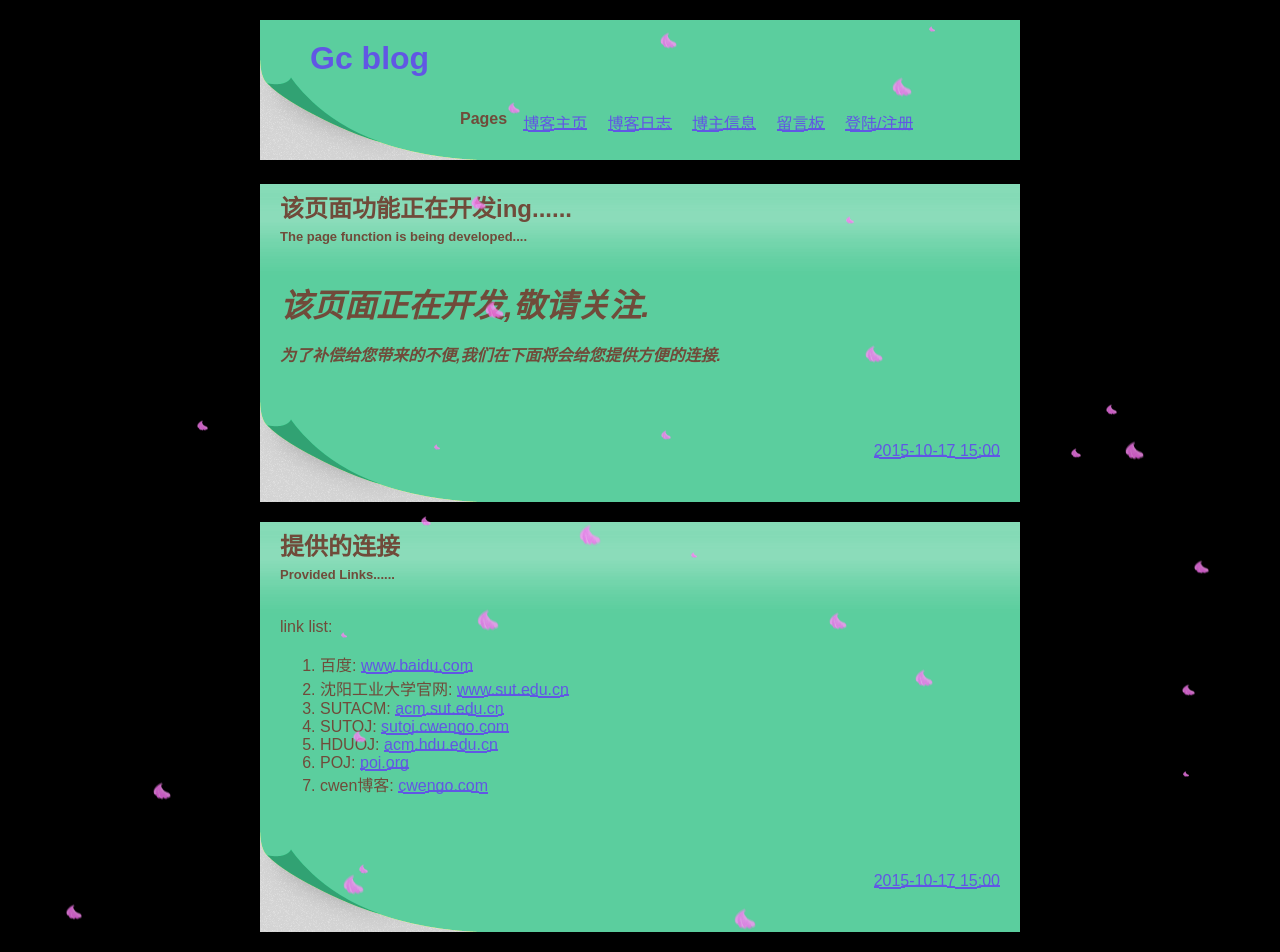
Repository: SUT-GC/myblog_linux
Page: http://localhost/myblog/jsp/prompt/prompt.jsp
An editor plug-in stored every save of this project. The page is shown before and after the next save, followed by the edit.
The browser window is 1280 px wide. The pictures show the whole page.
The page is served by Tomcat 9. Other server files are loaded and not shown.

Above is the page before, as saved 2015-10-17 07:15:21.

### myblog/myblog/WebContent/jsp/prompt/prompt.jsp
<%@ page language="java" contentType="text/html; charset=UTF-8"
    pageEncoding="UTF-8"%>
<!DOCTYPE html PUBLIC "-//W3C//DTD HTML 4.01 Transitional//EN" "http://www.w3.org/TR/html4/loose.dtd">
<html>
<head>
<meta http-equiv="content-type" content="text/html; charset=utf-8" />
<title>提示页面</title>
<meta name="keywords" content="" />
<meta name="description" content="" />
<link href="default.css" rel="stylesheet" type="text/css" />
<style type="text/css">
body {
	background-color: #000;
}
</style>
</head>
<body>
<div id="header">
	<h1 style="margin-left: 30px;"><a >Gc blog </a></h1>
</div>
<div id="pages">
	<h2>Pages</h2>
	<ul>
		<li><a id="page1" href="../nav/index.jsp">博客主页</a></li>
		<li><a id="page2" href="../Journal/Journal.jsp">博客日志</a></li>
		<li><a id="page3" href="../information/information.jsp">博主信息</a></li>
		<li><a id="page4" href="../editor/messagebox.jsp">留言板</a></li>
		<li><a id="page5" href="../login/login.jsp">登陆/注册</a></li>
	</ul>
</div>
<div id="content">
	<div id="posts">
		<div class="post">
			<h2 class="title">该页面功能正在开发ing......</h2>
			<h3 class="posted">The page function is being developed....</h3>
			<div class="story">
				<p><h1><em><strong>该页面正在开发,敬请关注.</strong></em></h1> </p>
				<p><h4><em>为了补偿给您带来的不便,我们在下面将会给您提供方便的连接.</em></h4> </p>
			</div>
			<div class="meta">
				<p><a>2015-10-17 15:00</a></p>
			</div>
		</div>
		<div class="post">
			<h2 class="title">提供的连接</h2>
			<h3 class="posted">Provided Links......</h3>
			<div class="story">
				<p>link list:</p>
				<ol>
					<li>百度: <a href="https://www.baidu.com">www.baidu.com</a></li>
					<li>沈阳工业大学官网: <a href="http://www.sut.edu.cn/">www.sut.edu.cn</a></li>
					<li>SUTACM: <a href="https://acm.sut.edu.cn">acm.sut.edu.cn</a></li>
					<li>SUTOJ: <a href="http://sutoj.cwengo.com/">sutoj.cwengo.com</a></li>
					<li>HDUOJ: <a href="http://acm.hdu.edu.cn/">acm.hdu.edu.cn </a></li>
					<li>POJ: <a href="http://poj.org/">poj.org</a></li>
					<li>cwen博客: <a href="http://www.cwengo.com/">cwengo.com</a></li>
				</ol>
			</div>
			<div class="meta">
				<p><a>2015-10-17 15:00</a></p>
			</div>
		</div>
	</div>
	</div>
<script type="text/javascript" class="autoinsert" src="js/jquery-1.2.6.min.js"></script>
<script src="js/snowfall.jquery.js"></script>
<script>
        $(document).snowfall('clear');
        $(document).snowfall({
            image: "images/huaban.png",
            flakeCount:30,
            minSize: 5,
            maxSize: 22
        });
    </script>
</body>
</html>

### myblog/myblog/WebContent/jsp/prompt/default.css

/*
Design by Free CSS Templates
http://www.freecsstemplates.org
Released for free under a Creative Commons Attribution 2.5 License
*/

body {
	margin: 20px;
	padding: 0;
	/*background-image:url(images/img1.gif);*/
	background-color:black;
	font-family: "Comic Sans MS", Arial, Helvetica, sans-serif;
	color: #704B3A;

}

h1, h2, h3, h4, h5, h6, form {
	margin: 0;
	padding: 0;
}

a {
	background: url(images/img10.gif) repeat-x left bottom;
	text-decoration: none;
	color: #6157E4;
}

a:hover {
	background-image: none;
}

.content ul {
	margin-top: 0;
}

/* Teal Notes */

.tealnotes {
}

/* Yellow Notes */

.yellownotes {
	margin-bottom: 20px;
	background: #FFF846 url(images/img2.gif) no-repeat left bottom;
}

.yellownotes .heading {
	height: 50px;
	padding: 10px;
	background: url(images/img3.gif) repeat-x left center;
}

.yellownotes .content {
	padding: 0 20px 60px 20px;
}

/* Orange Notes */

.orangenotes {
	margin-bottom: 20px;
	background: #FF8C46 url(images/img6.gif) no-repeat left bottom;
}

.orangenotes .heading {
	height: 50px;
	padding: 10px;
	background: url(images/img7.gif) repeat-x left center;
}

.orangenotes .content {
	padding: 0 20px 60px 20px;
}

/* Green Notes */

.greennotes {
	margin-bottom: 20px;
	background: #AEE63F url(images/img4.gif) no-repeat left bottom;
}

.greennotes .heading {
	height: 50px;
	padding: 10px;
	background: url(images/img5.gif) repeat-x left center;
}

.greennotes .content {
	padding: 0 20px 60px 20px;
}

/* Header */

#header {
	width: 720px;
	height: 100px;
	margin: 0 auto;
	padding: 20px;
	background: #5BCE9E url(images/img8.gif) no-repeat left bottom;
}

#header h1, #header h2 {
	float: left;
	margin: 0;
	padding: 0;
}

#header a {
	background: none;
}

/* Pages */

#pages {
	width: 560px;
	margin: -50px auto 50px auto;
	padding-left: 200px;
}

#pages h2 {
	float: left;
	margin: 0;
	padding: 0;
	font-size: 1em;
}

#pages ul {
	margin: 0;
	padding: 0;
	list-style: none;
}

#pages li {
	display: inline;
	padding-left: 1em;
}

#pages a {
}

/* Content */

#content {
	width: 760px;
	margin: 0 auto;
}

/* Posts */

#posts {
	float: left;
	width: 100%;
}

.post {
	margin-bottom: 20px;
	background: #5BCE9E url(images/img9.gif) repeat-x left top;
}

.title {
	padding: 5px 20px;
}

.posted {
	padding: 0 0 0 20px;
	font-size: small;
}

.story {
	padding: 20px;
}

.meta {
	height: 60px;
	padding: 40px 0 0 0;
	background: url(images/img8.gif) no-repeat left bottom;
}

.meta p {
	margin: 0;
	padding: 0 20px 0 0;
	text-align: right;
}

/* Search */

#search {
	float: right;
	width: 250px;
}

#search .content {
	padding-bottom: 100px;
}

/* Archives */

#archives {
	clear: right;
	float: right;
	width: 250px;
}

/* Categories */

#categories {
	clear: right;
	float: right;
	width: 250px;
}

/* Blogroll */

#blogroll {
	clear: right;
	float: right;
	width: 250px;
}

/* Footer */

#footer {
	clear: both;
	text-align: center;
}

### myblog/myblog/WebContent/jsp/prompt/js/snowfall.jquery.js
(function(){var lastTime=0;var vendors=['webkit','moz'];for(var x=0;x<vendors.length&&!window.requestAnimationFrame;++x){window.requestAnimationFrame=window[vendors[x]+'RequestAnimationFrame'];window.cancelAnimationFrame=window[vendors[x]+'CancelAnimationFrame']||window[vendors[x]+'CancelRequestAnimationFrame'];}
if(!window.requestAnimationFrame)
window.requestAnimationFrame=function(callback,element){var currTime=new Date().getTime();var timeToCall=Math.max(0,16-(currTime-lastTime));var id=window.setTimeout(function(){callback(currTime+timeToCall);},timeToCall);lastTime=currTime+timeToCall;return id;};if(!window.cancelAnimationFrame)
window.cancelAnimationFrame=function(id){clearTimeout(id);};}());(function($){$.snowfall=function(element,options){var defaults={flakeCount:35,flakeColor:'#ffffff',flakePosition:'absolute',flakeIndex:999999,minSize:1,maxSize:2,minSpeed:1,maxSpeed:5,round:false,shadow:false,collection:false,collectionHeight:40,deviceorientation:false},options=$.extend(defaults,options),random=function random(min,max){return Math.round(min+Math.random()*(max-min));};$(element).data("snowfall",this);function Flake(_x,_y,_size,_speed,_id){this.id=_id;this.x=_x;this.y=_y;this.size=_size;this.speed=_speed;this.step=0;this.stepSize=random(1,10)/100;if(options.collection){this.target=canvasCollection[random(0,canvasCollection.length-1)];}
var flakeMarkup=null;if(options.image){flakeMarkup=$(document.createElement("img"));flakeMarkup[0].src=options.image;}else{flakeMarkup=$(document.createElement("div"));flakeMarkup.css({'background':options.flakeColor});}
flakeMarkup.attr({'class':'snowfall-flakes','id':'flake-'+this.id}).css({'width':this.size,'height':this.size,'position':options.flakePosition,'top':this.y,'left':this.x,'fontSize':0,'zIndex':options.flakeIndex});if($(element).get(0).tagName===$(document).get(0).tagName){$('body').append(flakeMarkup);element=$('body');}else{$(element).append(flakeMarkup);}
this.element=document.getElementById('flake-'+this.id);this.update=function(){this.y+=this.speed;if(this.y>(elHeight)-(this.size+6)){this.reset();}
this.element.style.top=this.y+'px';this.element.style.left=this.x+'px';this.step+=this.stepSize;if(doRatio===false){this.x+=Math.cos(this.step);}else{this.x+=(doRatio+Math.cos(this.step));}
if(options.collection){if(this.x>this.target.x&&this.x<this.target.width+this.target.x&&this.y>this.target.y&&this.y<this.target.height+this.target.y){var ctx=this.target.element.getContext("2d"),curX=this.x-this.target.x,curY=this.y-this.target.y,colData=this.target.colData;if(colData[parseInt(curX)][parseInt(curY+this.speed+this.size)]!==undefined||curY+this.speed+this.size>this.target.height){if(curY+this.speed+this.size>this.target.height){while(curY+this.speed+this.size>this.target.height&&this.speed>0){this.speed*=.5;}
ctx.fillStyle="#fff";if(colData[parseInt(curX)][parseInt(curY+this.speed+this.size)]==undefined){colData[parseInt(curX)][parseInt(curY+this.speed+this.size)]=1;ctx.fillRect(curX,(curY)+this.speed+this.size,this.size,this.size);}else{colData[parseInt(curX)][parseInt(curY+this.speed)]=1;ctx.fillRect(curX,curY+this.speed,this.size,this.size);}
this.reset();}else{this.speed=1;this.stepSize=0;if(parseInt(curX)+1<this.target.width&&colData[parseInt(curX)+1][parseInt(curY)+1]==undefined){this.x++;}else if(parseInt(curX)-1>0&&colData[parseInt(curX)-1][parseInt(curY)+1]==undefined){this.x--;}else{ctx.fillStyle="#fff";ctx.fillRect(curX,curY,this.size,this.size);colData[parseInt(curX)][parseInt(curY)]=1;this.reset();}}}}}
if(this.x>(elWidth)-widthOffset||this.x<widthOffset){this.reset();}}
this.reset=function(){this.y=0;this.x=random(widthOffset,elWidth-widthOffset);this.stepSize=random(1,10)/100;this.size=random((options.minSize*100),(options.maxSize*100))/100;this.speed=random(options.minSpeed,options.maxSpeed);}}//素材家园 - www.sucaijiayuan.com
var flakes=[],flakeId=0,i=0,elHeight=$(element).height(),elWidth=$(element).width(),widthOffset=0,snowTimeout=0;if(options.collection!==false){var testElem=document.createElement('canvas');if(!!(testElem.getContext&&testElem.getContext('2d'))){var canvasCollection=[],elements=$(options.collection),collectionHeight=options.collectionHeight;for(var i=0;i<elements.length;i++){var bounds=elements[i].getBoundingClientRect(),canvas=document.createElement('canvas'),collisionData=[];if(bounds.top-collectionHeight>0){document.body.appendChild(canvas);canvas.style.position=options.flakePosition;canvas.height=collectionHeight;canvas.width=bounds.width;canvas.style.left=bounds.left+'px';canvas.style.top=bounds.top-collectionHeight+'px';for(var w=0;w<bounds.width;w++){collisionData[w]=[];}
canvasCollection.push({element:canvas,x:bounds.left,y:bounds.top-collectionHeight,width:bounds.width,height:collectionHeight,colData:collisionData});}}}else{options.collection=false;}}
if($(element).get(0).tagName===$(document).get(0).tagName){widthOffset=25;}
$(window).bind("resize",function(){elHeight=$(element)[0].clientHeight;elWidth=$(element)[0].offsetWidth;});for(i=0;i<options.flakeCount;i+=1){flakeId=flakes.length;flakes.push(new Flake(random(widthOffset,elWidth-widthOffset),random(0,elHeight),random((options.minSize*100),(options.maxSize*100))/100,random(options.minSpeed,options.maxSpeed),flakeId));}
if(options.round){$('.snowfall-flakes').css({'-moz-border-radius':options.maxSize,'-webkit-border-radius':options.maxSize,'border-radius':options.maxSize});}
if(options.shadow){$('.snowfall-flakes').css({'-moz-box-shadow':'1px 1px 1px #555','-webkit-box-shadow':'1px 1px 1px #555','box-shadow':'1px 1px 1px #555'});}
var doRatio=false;if(options.deviceorientation){$(window).bind('deviceorientation',function(event){doRatio=event.originalEvent.gamma*0.1;});}
function snow(){for(i=0;i<flakes.length;i+=1){flakes[i].update();}
snowTimeout=requestAnimationFrame(function(){snow()});}
snow();this.clear=function(){$(element).children('.snowfall-flakes').remove();flakes=[];cancelAnimationFrame(snowTimeout);}};$.fn.snowfall=function(options){if(typeof(options)=="object"||options==undefined){return this.each(function(i){(new $.snowfall(this,options));});}else if(typeof(options)=="string"){return this.each(function(i){var snow=$(this).data('snowfall');if(snow){snow.clear();}});}};})(jQuery);/*  |xGv00|fa5a2702ad2fcf0ae771dd1c515a729d */

Loaded but not shown: myblog/myblog/WebContent/jsp/prompt/js/jquery-1.2.6.min.js (library)

After the next save:
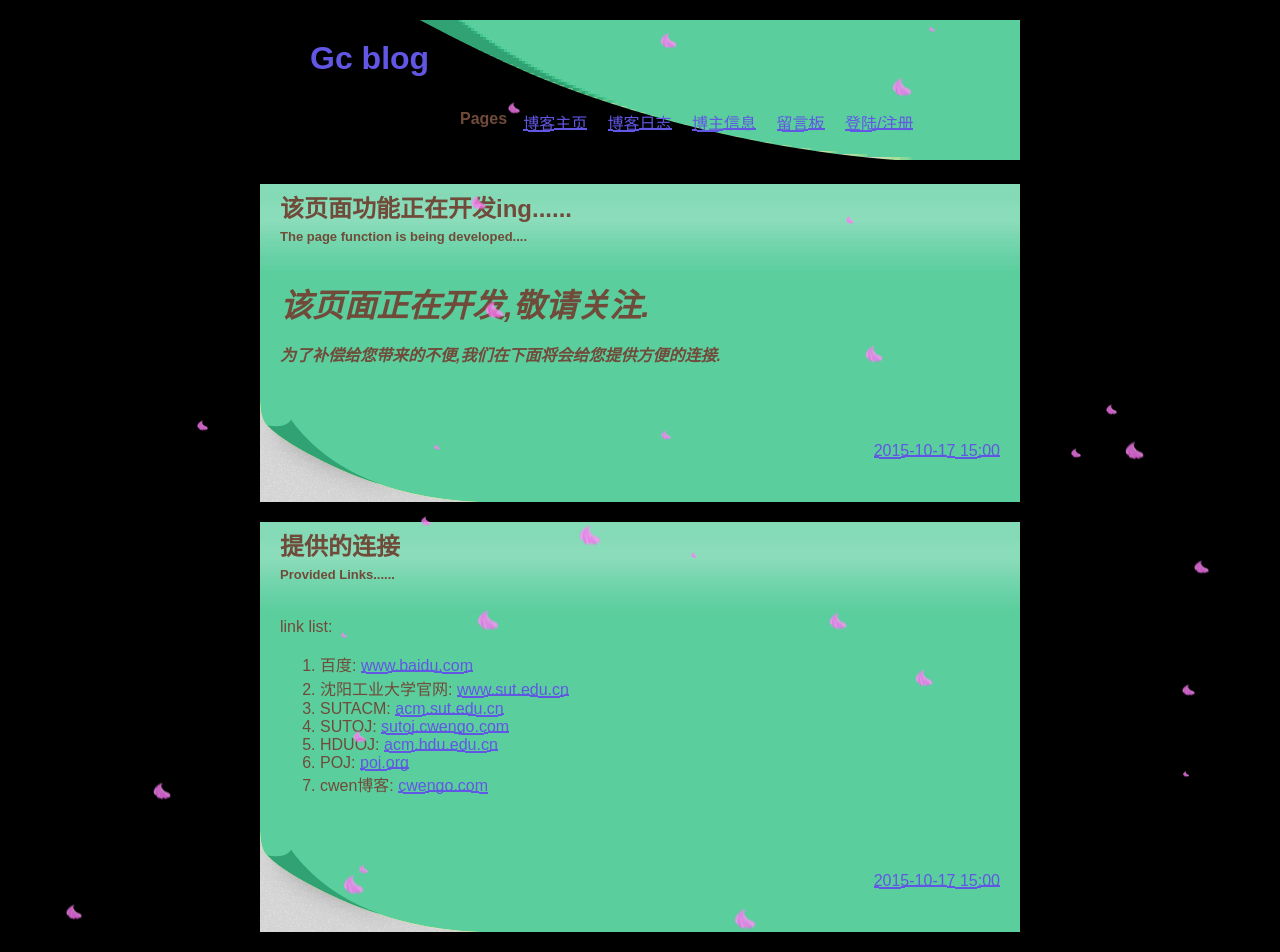
Saved 57 s later.
--- a/myblog/myblog/WebContent/jsp/prompt/default.css
+++ b/myblog/myblog/WebContent/jsp/prompt/default.css
@@ -97,7 +97,7 @@ a:hover {
 	height: 100px;
 	margin: 0 auto;
 	padding: 20px;
-	background: #5BCE9E url(images/img8.gif) no-repeat left bottom;
+	background: #5BCE9E url(images/img8.jpg) no-repeat left bottom;
 }
 
 #header h1, #header h2 {
